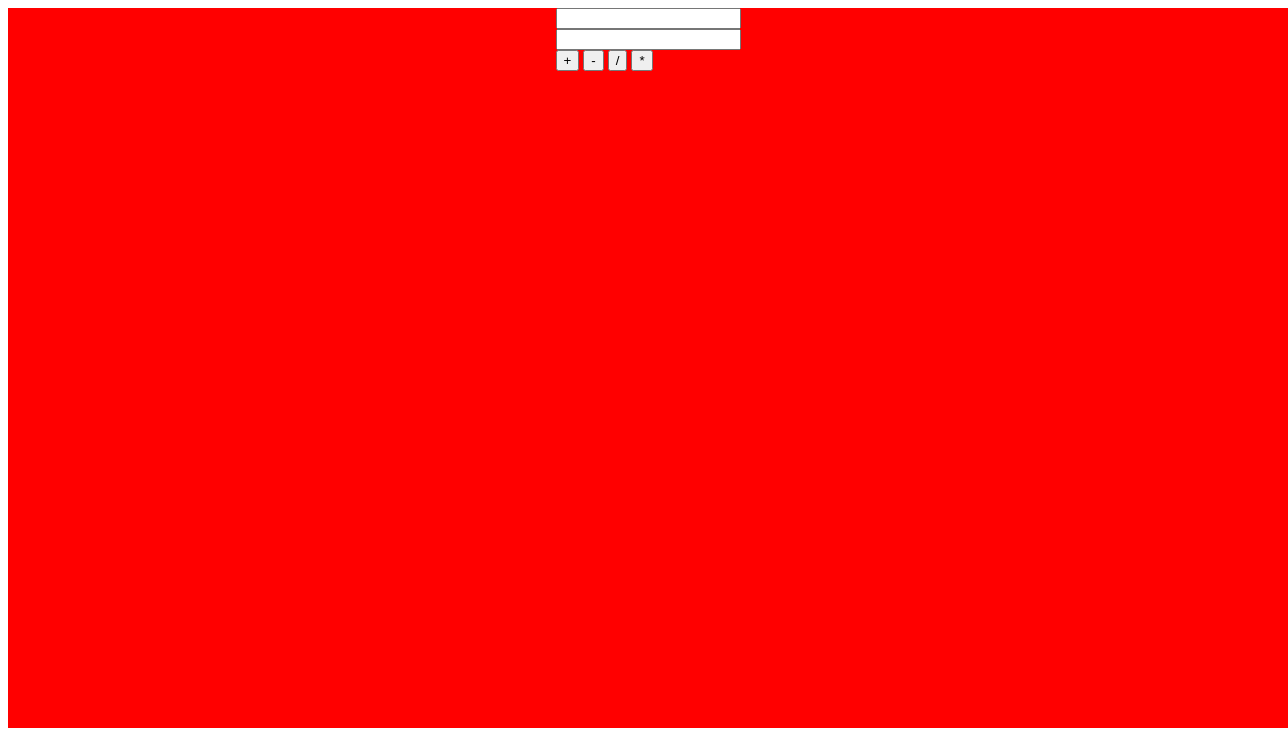
Repository: sajithmadushanka/simple-calculator-using-jsp
Page: http://localhost/simple_calculator/
An editor plug-in stored every save of this project. The page is shown before and after the next save, followed by the edit.
The browser window is 1280 px wide. The page is 1288 px wide, so the pictures cover 1288 px, including what lies to the right of the window. The pictures show the whole page.
The page is served by Tomcat 9. Other server files are loaded and not shown.

Above is the page before, as saved 2023-09-19 09:11:21.

### simple_calculator/WebContent/index.jsp
<%@ page language="java" contentType="text/html; charset=ISO-8859-1"
    pageEncoding="ISO-8859-1"%>
<!DOCTYPE html>
<html>
<head>
<meta charset="ISO-8859-1">
<title>simple calculator</title>
<style>
	.main{
			background-color : red;
			width :100vw;
			height : 100vh;
			display: flex;
		    justify-content: center;
		    align-item: center;
		}
</style>
</head>
<body>
	<div class ="main">
		<form>
			<input type="number" name = "no1"> <br>
			<input type="number" name = "no2"> <br>
			<input type = "button" name = "+" value= "+">
			<input type = "button" name = "-" value= "-">
			<input type = "button" name = "/" value= "/">
			<input type = "button" name = "*" value= "*">
		</form>
	</div>
</body>
</html>

After the next save:
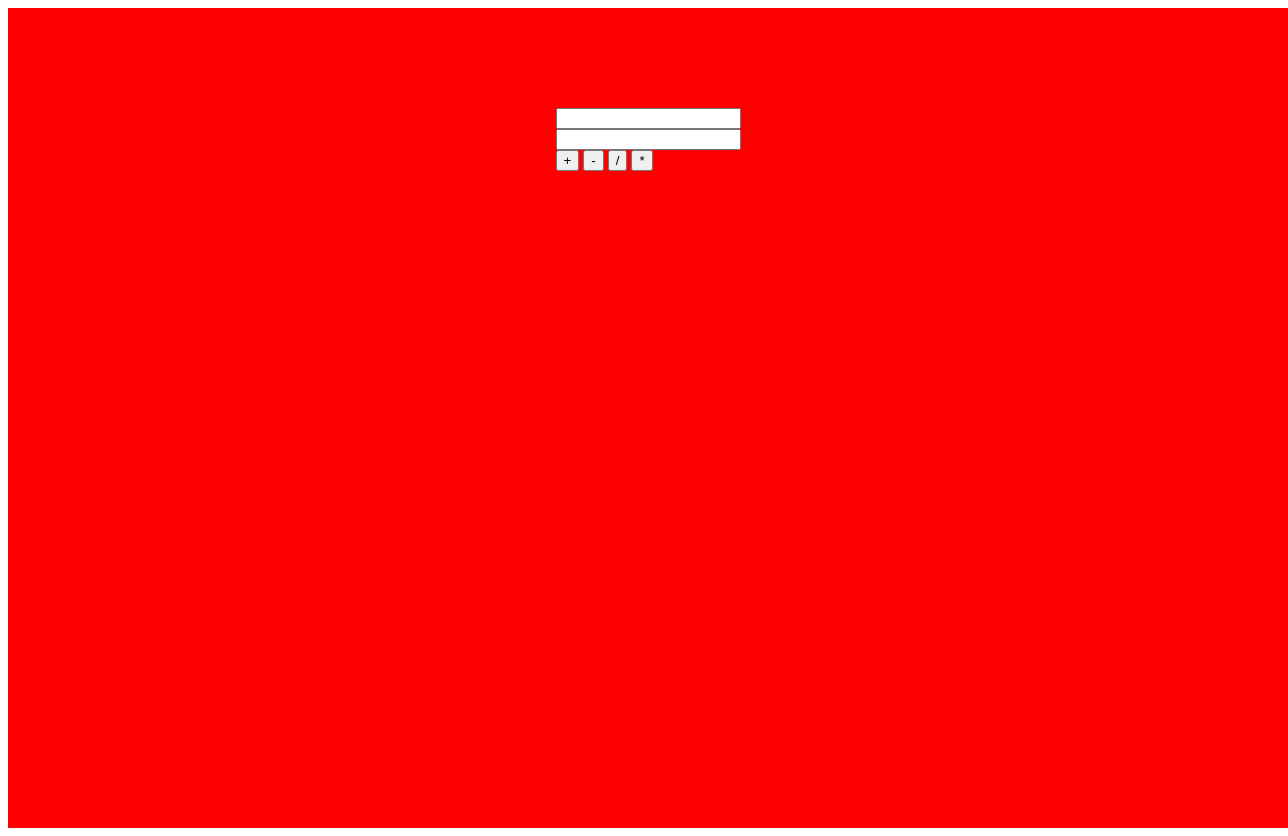
Saved 45 s later.
--- a/simple_calculator/WebContent/index.jsp
+++ b/simple_calculator/WebContent/index.jsp
@@ -12,7 +12,7 @@
 			height : 100vh;
 			display: flex;
 		    justify-content: center;
-		    align-item: center;
+		   	padding-top:100px;
 		}
 </style>
 </head>
